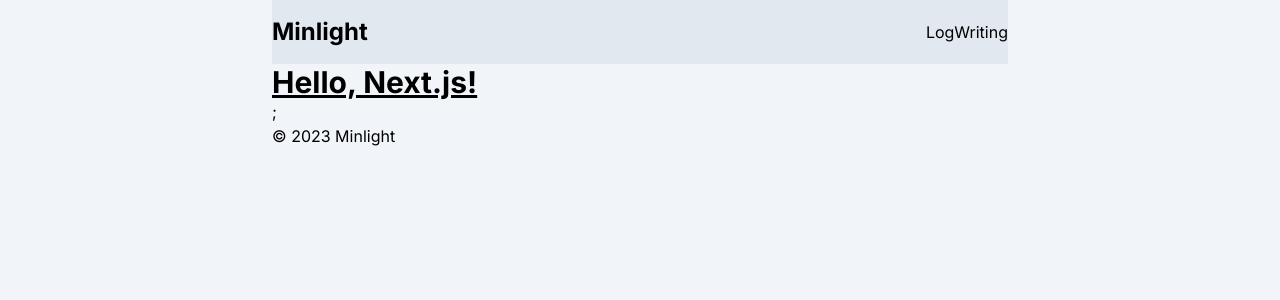
Repository: kwngmin/minlight-log
Page: /
The author's editor kept a copy of each file at every save. The page is drawn from the files as they stood at one save, then again after the next save.
The browser window is 1280 px wide. The pictures show the whole page.
The project was rebuilt for these pictures with package versions that can differ from the ones it lists, and the page was loaded fresh each time. The framework's server and built-in components were replaced by stand-ins that run in the browser. Also part of the build but not shown: next.config.js.

Above is the page before, as saved 2023-04-04 15:26:54.

After the next save:
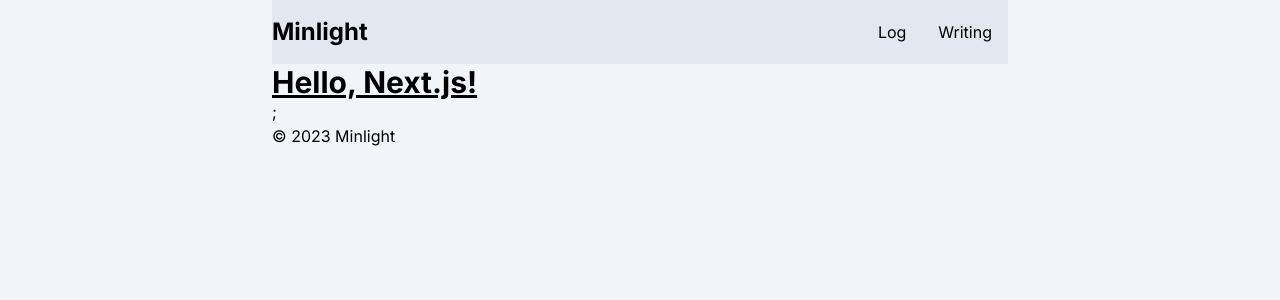
Saved 13 s later.
--- a/src/app/layout.tsx
+++ b/src/app/layout.tsx
@@ -28,7 +28,7 @@ export default function RootLayout({
           </Link>
           <nav className="">
             {navList.map(({ name, url }) => (
-              <Link href={url} key={name}>
+              <Link href={url} key={name} className="px-4">
                 {name}
               </Link>
             ))}
